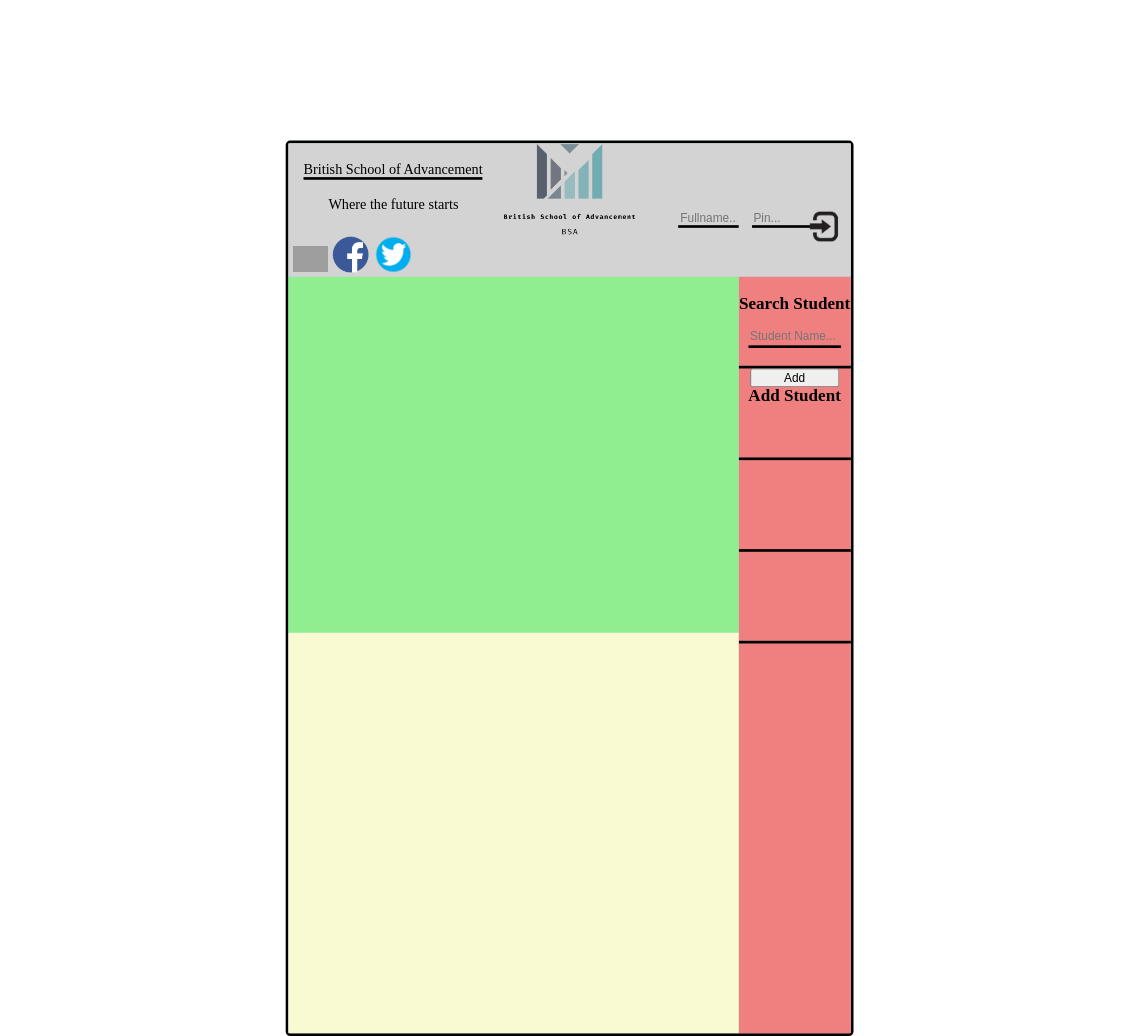
Repository: ghend99/School-app
Page: index.html
These files come from the project's save history. The page is drawn as it stood at one moment and after the next save; the edit follows.
The browser window is 1280 px wide. The pictures show the whole page, at 89% of full size.
Pictures or frames that could not be fetched are drawn as grey boxes.

Above is the page before, as saved 2023-03-24 13:57:08.

After the next save:
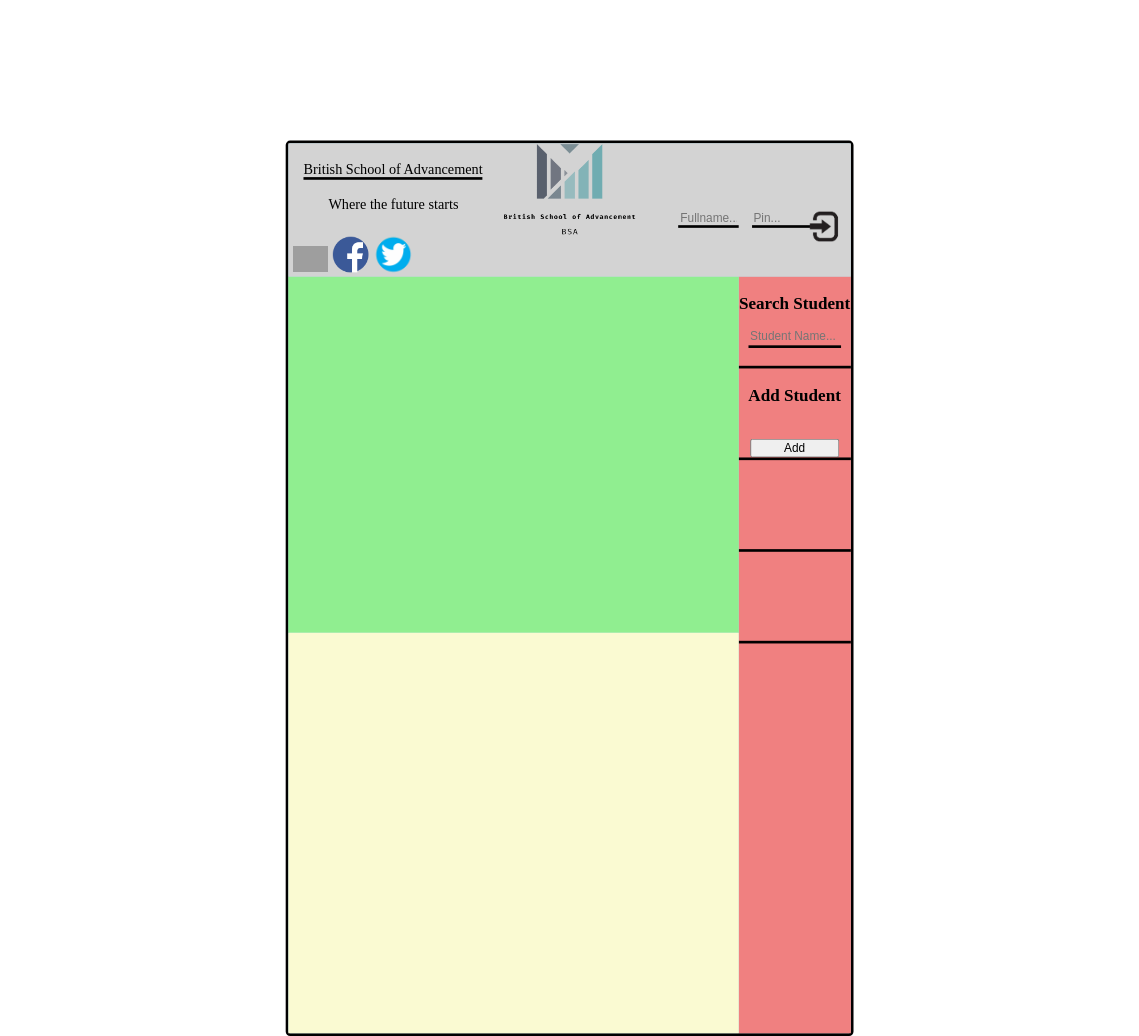
Saved 2 min 2 s later.
--- a/style.css
+++ b/style.css
@@ -136,9 +136,9 @@
 
 .sidebar-link-button {
   position: absolute;
-  bmax-width: 75%;
-  ottom: 0;
+  max-width: 75%;
   min-width: 100px;
+  bottom: 0;
 }
 
 #student-information-container {
